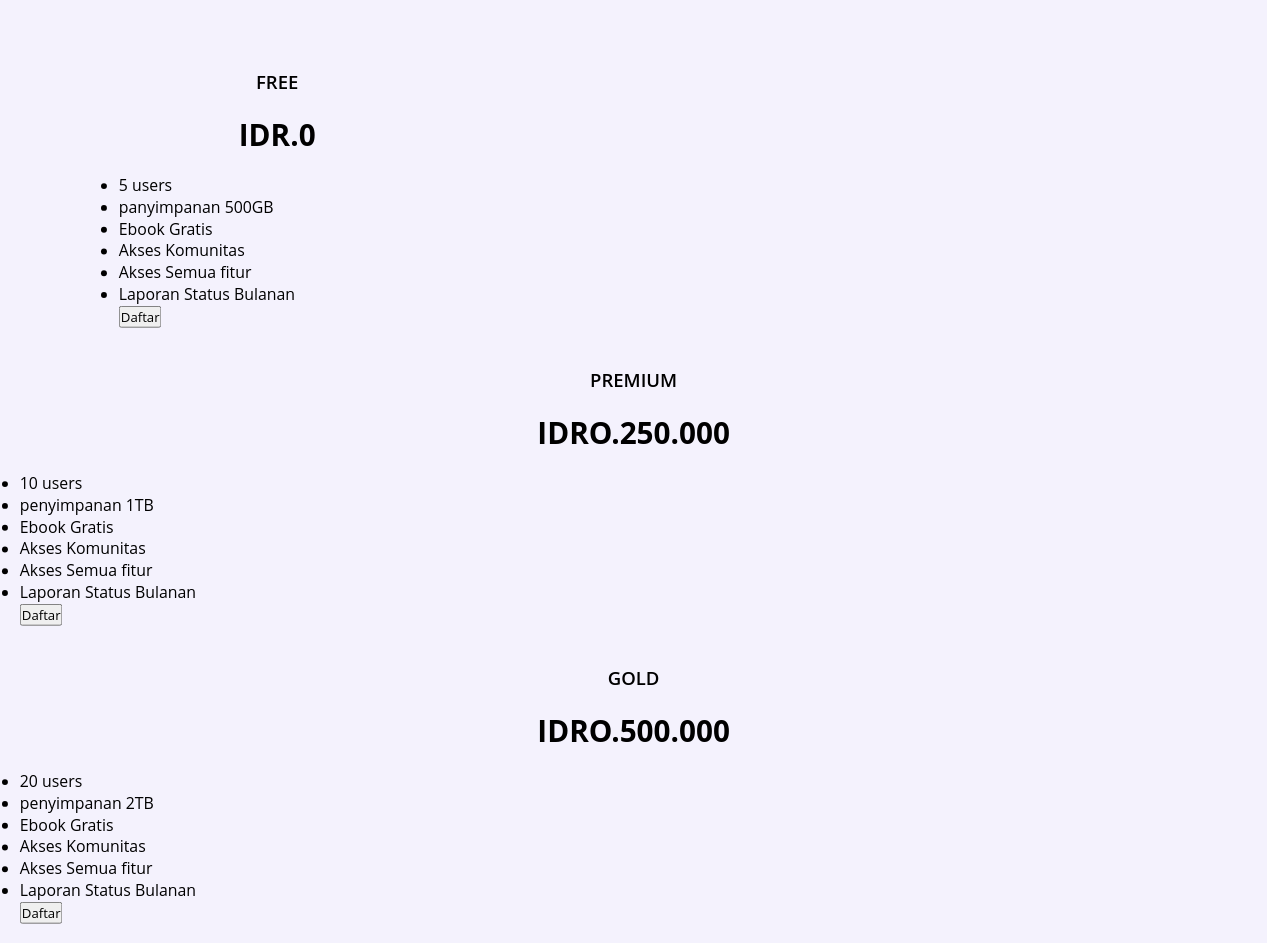
Repository: TUTJAL/my-website
Page: card.html
These files come from the project's save history. The page is drawn as it stood at one moment and after a run of saves; the edit follows.
The browser window is 1280 px wide. The pictures show the whole page, at 99% of full size.

Above is the page before, as saved 2024-06-20 11:09:14.

### card.html
<!DOCTYPE html>
<html lang="en">
<head>
    <meta charset="UTF-8">
    <meta name="viewport" content="width=device-width, initial-scale=1.0">
    <title>Document</title>
    <link rel="stylesheet" href="card.css">
</head>
<body>
    <div id="pricing-card">
        <div class="single-card">
            <div class="wrapper">
                <h3>FREE</h3>
                <h1>IDR.0</h1>
                <ul>
                    <li>
                        <i class="fas fa-check"></i>
                        <span>5 users</span>
                    </li>
                    <li>
                        <i class="fas fa-check"></i>
                        <span>panyimpanan 500GB</span>
                    </li>
                    <li>
                        <i class="fas fa-check"></i>
                        <span>Ebook Gratis</span>
                    </li>
                    <li class="disable">
                        <i class="fas fa-check"></i>
                        <span>Akses Komunitas</span>
                    </li>
                    <li class="disable">
                        <i class="fas fa-check"></i>
                        <span>Akses Semua fitur</span>
                    </li>
                    <li class="disable">
                        <i class="fas fa-check"></i>
                        <span>Laporan Status Bulanan</span>
                    </li>
                </ul>
                <button>Daftar</button>
            </div>
        </div>
    </div>
    <div class="single-card">
        <div class="wrapper premium">
            <H3>PREMIUM</H3>
            <h1>IDRO.250.000</h1>
            <ul>
                <li>
                    <i class="fas fa-check"></i>
                    <span>10 users</span>
                </li>
                <li>
                    <i class="fas fa-check"></i>
                    <span>penyimpanan 1TB</span>
                </li>
                <li>
                    <i class="fas fa-check"></i>
                    <span>Ebook Gratis</span>
                </li>

                    <li class="disable1">
                        <i class="fas fa-check"></i>
                        <span>Akses Komunitas</span>
                    </li>
                    <li class="disable1">
                        <i class="fas fa-check"></i>
                        <span class="card1">Akses Semua fitur</span>
                    </li>
                    <li class="disable1">
                        <i class="fas fa-check"></i>
                        <span>Laporan Status Bulanan</span>
                    </li>
            </ul>
            <button>Daftar</button>
        </div>
    </div>
    <div>
    <div class="single-card">
        <div class="wrapper">
            <h3>GOLD</h3>
            <h1>IDRO.500.000</h1>
            <ul>
                <li>
                    <i class="fas fa-check"></i>
                    <span>20 users</span>
                </li>
                <li>
                    <i class="fas fa-check"></i>
                    <span>penyimpanan 2TB</span>
                </li>
                <li>
                    <i class="fas fa-check"></i>
                    <span>Ebook Gratis</span>
                </li>
                <li>
                    <i class="fas fa-check"></i>
                    <span>Akses Komunitas</span>
                </li>
                <li>
                    <i class="fas fa-check"></i>
                    <span>Akses Semua fitur</span>
                </li>
                <li>
                    <i class="fas fa-check"></i>
                    <span>Laporan Status Bulanan</span>
                </li>
            </ul>
            <button>Daftar</button>
        </div>
    </div>
</div>
</body>
</html>

### card.css
/* @import("https://fonts.googleapis.com/") */
*{
    margin: 0;
    padding: 0;
    box-sizing: border-box;
    font-family: 'open sans',sans-serif;

}
body{
    background-color: #f4f2fd;;
}
::selection{
    background-color: black;
    color: white;
}
#pricing-card{
    display: flex;
    flex-wrap: wrap;
    padding: 0px 100px;
    margin-top: 50px;
    border: 10px;
}
.single-card{
    flex-basis: calc(100%/3);
    padding: 20px;

}
.single-card.wrapper{
    background-color: white;
    height: 100%;
    padding: 30px;
    border-radius: 20px;
    box-shadow: 3px 5px 10px rgba(0,0,0,0.1);
    transition: .3s;
}
.single-card.wrapper:hover{
    transform: translateY(-5px);
}
.single-card h3{
    text-align: center;
    font-weight: 600;
}
.single-card h1{
    margin: 20px 0px;
    font-size: 30px;
    text-align: center;
}
.single-card li{
    list-style: ;
}

After the next 4 saves:
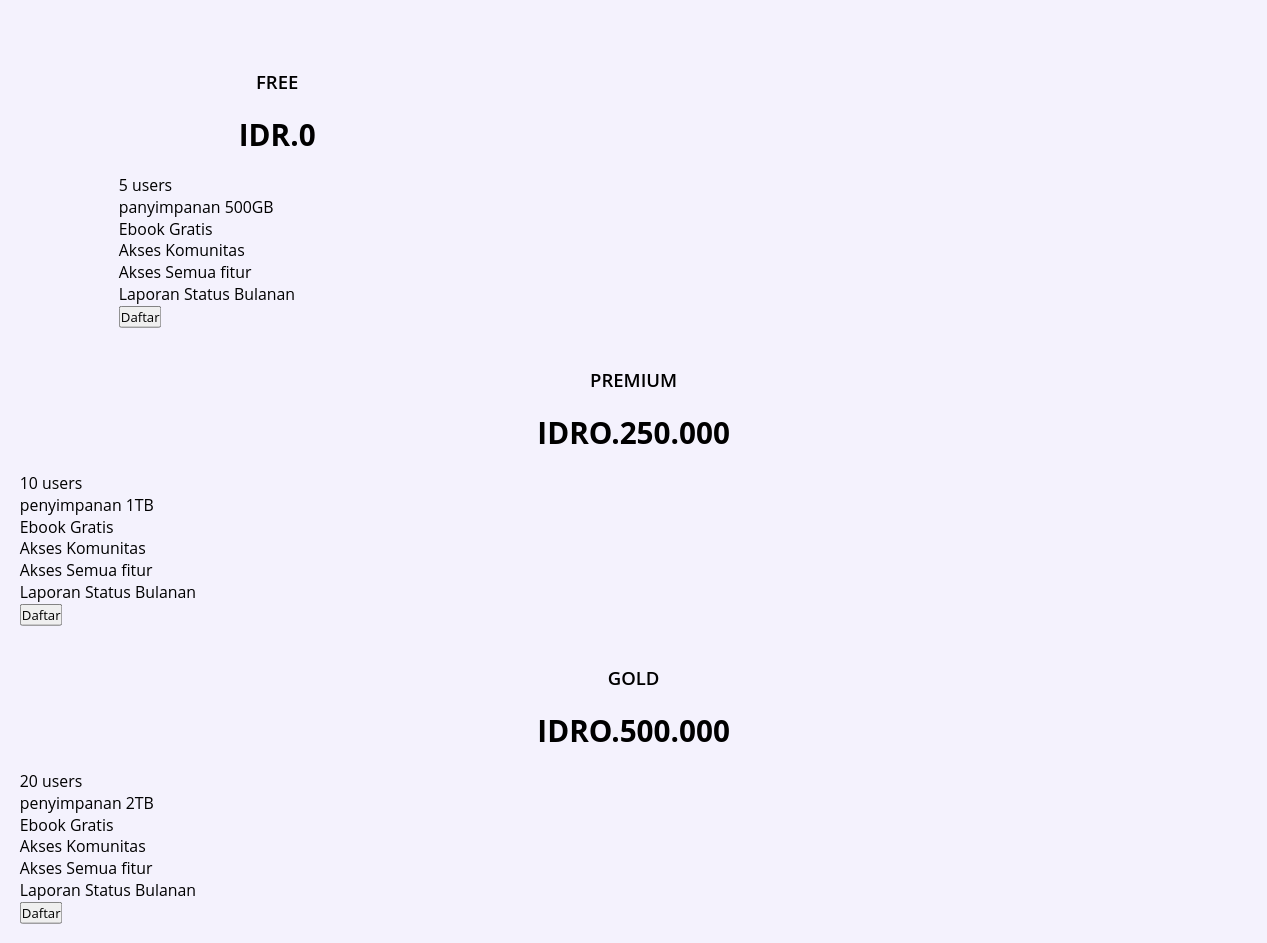
The 4 saves are shown as one change because they came seconds apart.
The last was saved 12 s later.
--- a/card.css
+++ b/card.css
@@ -46,5 +46,6 @@ body{
     text-align: center;
 }
 .single-card li{
-    list-style: ;
+    list-style: none;
+    di
 }
